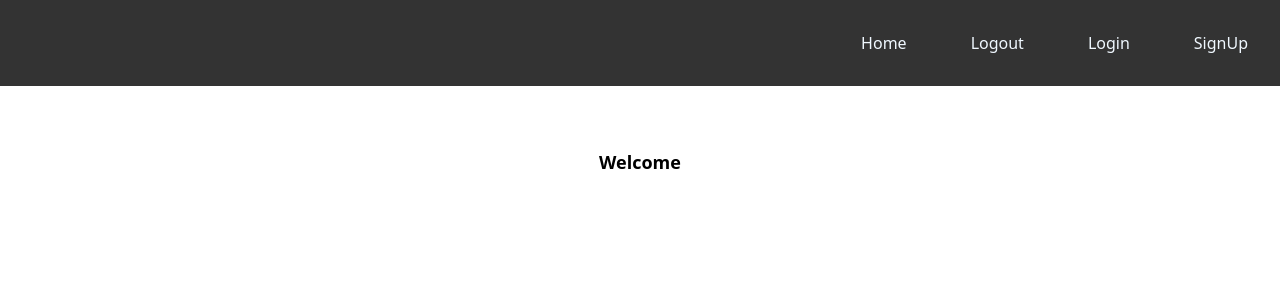
Repository: Ndifoinhilary/authentication
Page: http://localhost/
The author's editor kept a copy of each file at every save. The page is drawn from the files as they stood at one save, then again after the next save.
The browser window is 1280 px wide. The pictures show the whole page.
The page is served by the project's application, run on Django 3.2 (manage.py).

Above is the page before, as saved 2024-01-05 08:55:20.

After the next save:
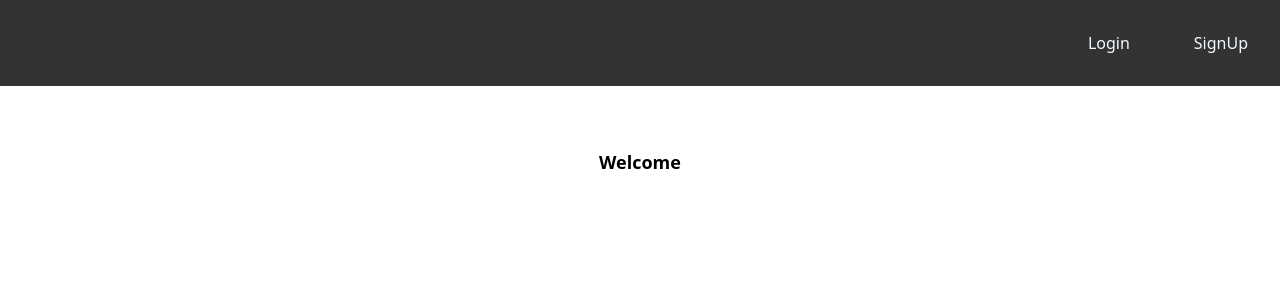
Saved 55 s later.
--- a/Auth/templates/home.html
+++ b/Auth/templates/home.html
@@ -12,8 +12,13 @@
 
         <a href="{% url 'register' %}">SignUp</a>
         <a href="{% url 'login' %}">Login</a>
+
+        {% if user.is_authenticated %}
         <a href="{% url 'logout' %}">Logout</a>
         <a href="{% url 'home' %}">Home</a>
+        {% endif %}
+
+
     </nav>
     <div class="center">
 
